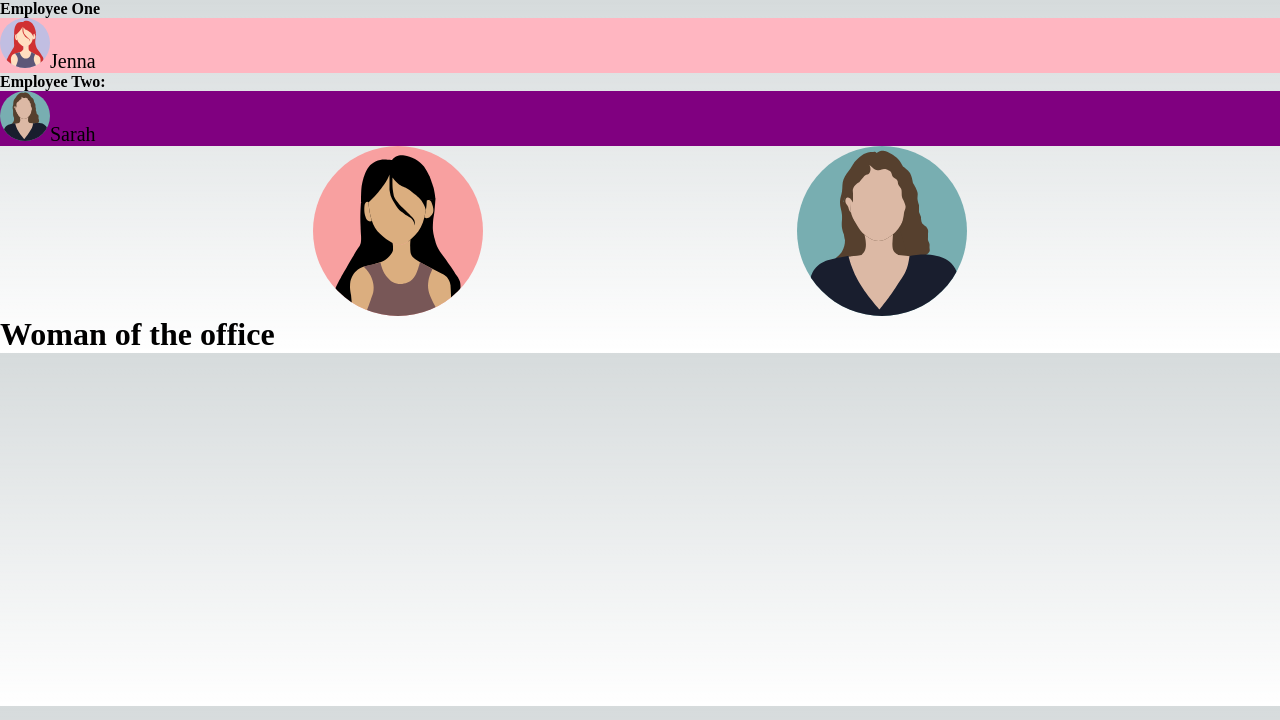
Repository: bguemos/week3example
Page: /About
These files come from the project's save history. The page is drawn as it stood at one moment and after the next save; the edit follows.
The browser window is 1280 px wide. The pictures show the whole page.
The project was rebuilt for these pictures with package versions that can differ from the ones it lists, and the page was loaded fresh each time. The framework's server and built-in components were replaced by stand-ins that run in the browser. Also part of the build but not shown: next.config.js.

Above is the page before, as saved 2023-01-22 16:59:05.

### pages/About.js
import Head from 'next/head'
import Image from 'next/image'
import { Inter } from '@next/font/google'
import styles from '@/styles/info.module.css'
import data from '../data/employee.json'
import { useState } from 'react'
import CardEmployee from '../components/CardEmployee'
import Link from 'next/link'


export default function About() {
    const [information, setInformation] = useState([...data])
     console.log(data);
  return (
    <>

        <main className={styles.background}>
        <code className={styles.code}></code>

        <div className={styles.grid}>
            <b> Employee One </b>
                {information && information.map((info, index) => {
                if (info.position === "manager") {
                    return (
                        <div key={index}>
                            <CardEmployee employeeName={info.name} colour="lightPink" font="20px" />
                        </div>
                    )}
                })}
            <b> Employee Two:</b>
                {information && information.map((info, index) => {
                if (info.position === "ceo") {
                    return (
                        <div key={index}>
                            <CardEmployee employeeName={info.name} colour="purple" font="20px" />
                        </div>
                    )}
                })}
        </div>
        <div className={styles.images}>
            <img
            src="woman5.svg"
            alt="logo"

         />
         <img
         src="woman2.svg"
         alt="pic"
        />
        </div>
        <h1 className={styles.header}> Woman of the office</h1>
        </main>
    </>
  )
}

### styles/info.module.css
.images{
    justify-content: space-evenly;
    display: flex;
    flex-direction: row;

}
.header{
    align-items: center;

}

### data/employee.json
[
    {
        "name": "Jenna",
        "position": "manager",
        "department":"corporate",
        "yearsWorked": 4
    },
    {
        "name": "Natalie",
        "position": "general manager",
        "department":"corporate",
        "yearsWorked": 15

    },
    {
        "name":"Sarah",
        "position": "ceo",
        "department":"corporate",
        "yearsWorked": 20
    }


]

### components/CardEmployee/index.js
export default function CardEmployee({
    employeeName= "none",
    colour= "orange",
    font = "0",
    image = "Woman3.svg"
}) {
    return(
        <div style={{backgroundColor: colour, fontSize:font}}>
         {
            colour === "lightPink?" ? <img src={'Woman5.svg'} width="50"/> :
            colour === "purple" ? <img src={'Woman2.svg'} width="50"/>:
                                  <img src={image} width="50" />
         }
        {employeeName}
        </div>
    )
}

Loaded but not shown: pages/_app.js (common file); pages/_document.js (common file); styles/globals.css (common file)

After the next save:
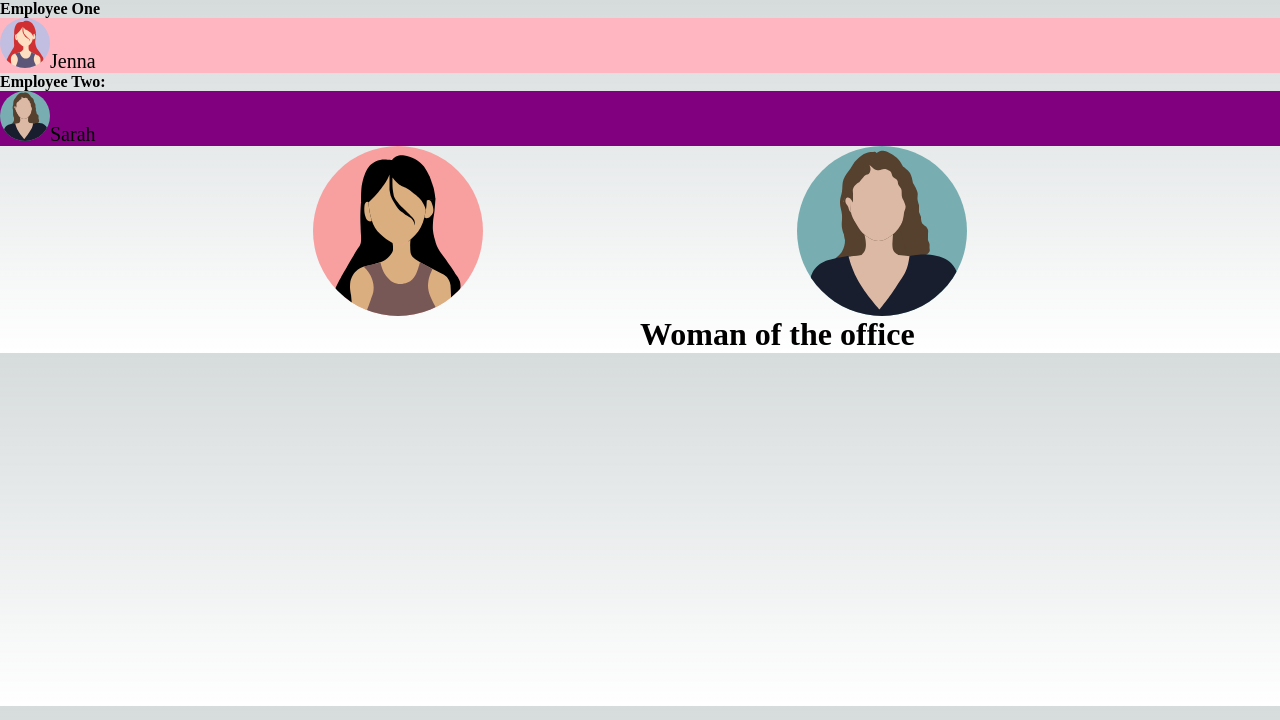
Saved 16 s later.
--- a/styles/info.module.css
+++ b/styles/info.module.css
@@ -5,6 +5,5 @@
 
 }
 .header{
-    align-items: center;
-
+   margin-left: 50%;
 }
